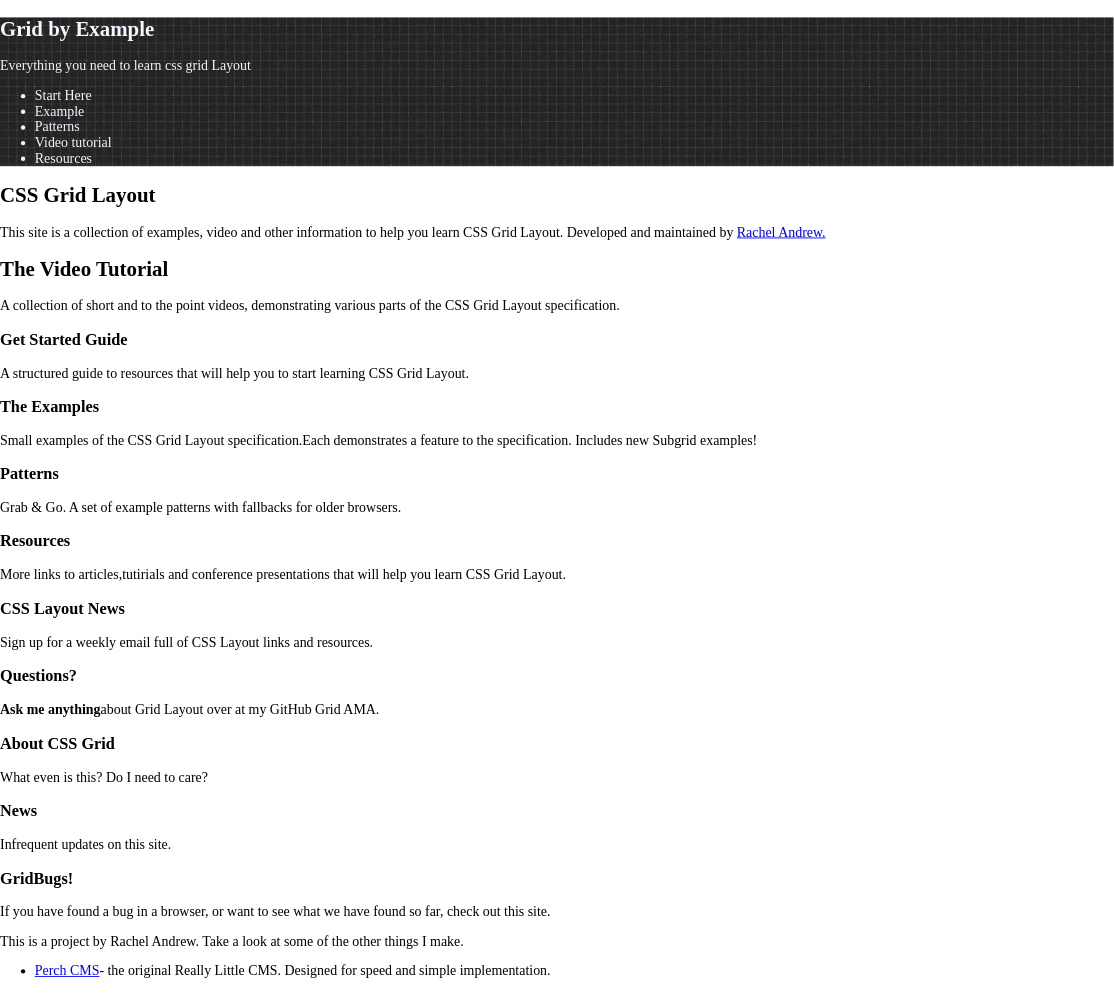
Repository: sitikhusushan/grid
Page: index.html
The author's editor kept a copy of each file at every save. The page is drawn from the files as they stood at one save, then again after the next save.
The browser window is 1280 px wide. The pictures show the whole page, at 87% of full size.

Above is the page before, as saved 2020-05-12 13:54:32.

After the next save:
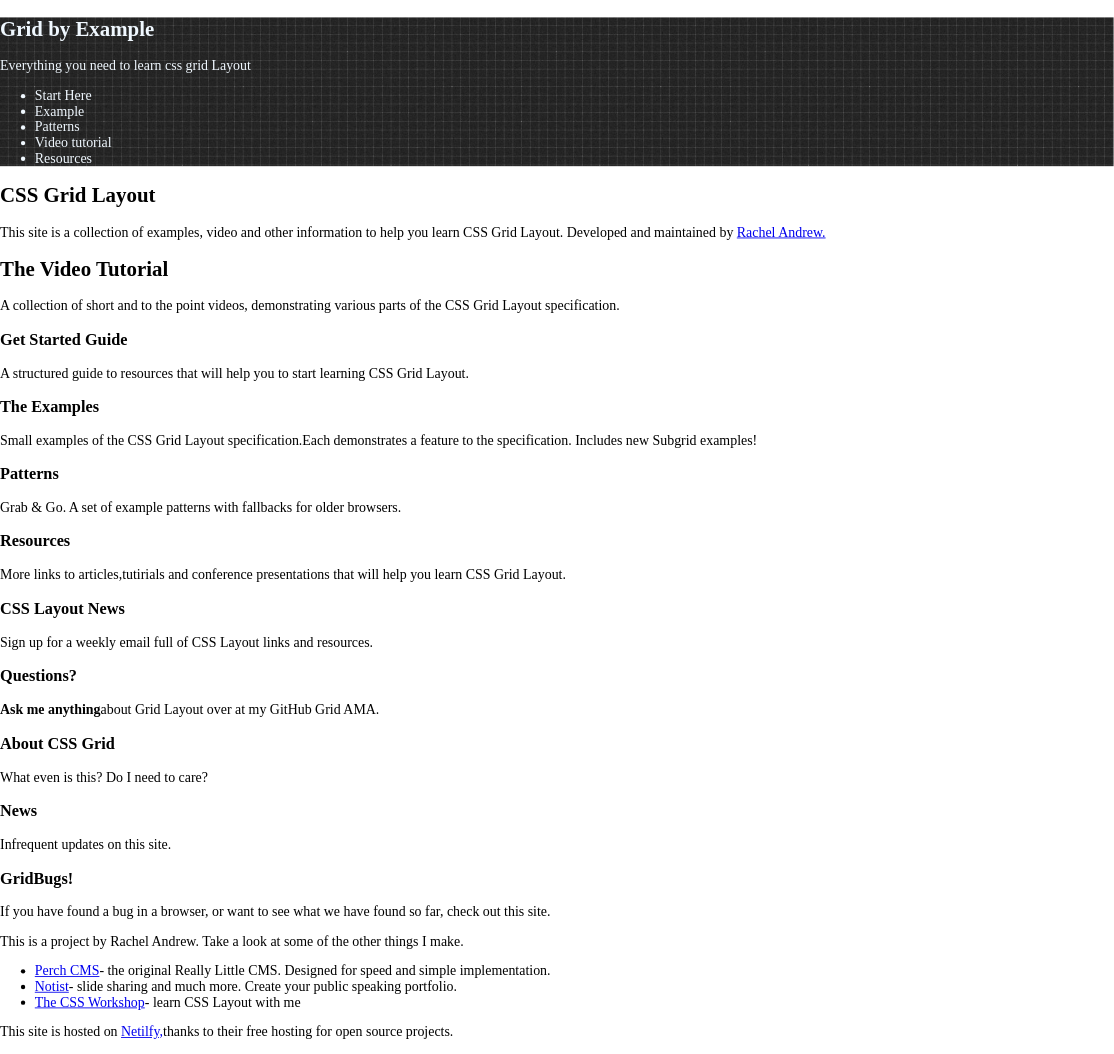
Saved 3 min 53 s later.
--- a/index.html
+++ b/index.html
@@ -116,7 +116,10 @@
       <p>This is a project by Rachel Andrew. Take a look at some of the other things I make.
         <ul>
           <li><a href="#">Perch CMS</a>- the original Really Little CMS. Designed for speed and simple implementation.</li>
+          <li><a href="#">Notist</a>- slide sharing and much more. Create your public speaking portfolio.</li>
+          <li><a href="#">The CSS Workshop</a>- learn CSS Layout with me</li>
         </ul>
+        This site is hosted on <a href="#">Netilfy,</a>thanks to their free hosting for open source projects.
       </p>
     </div>
   </footer>
